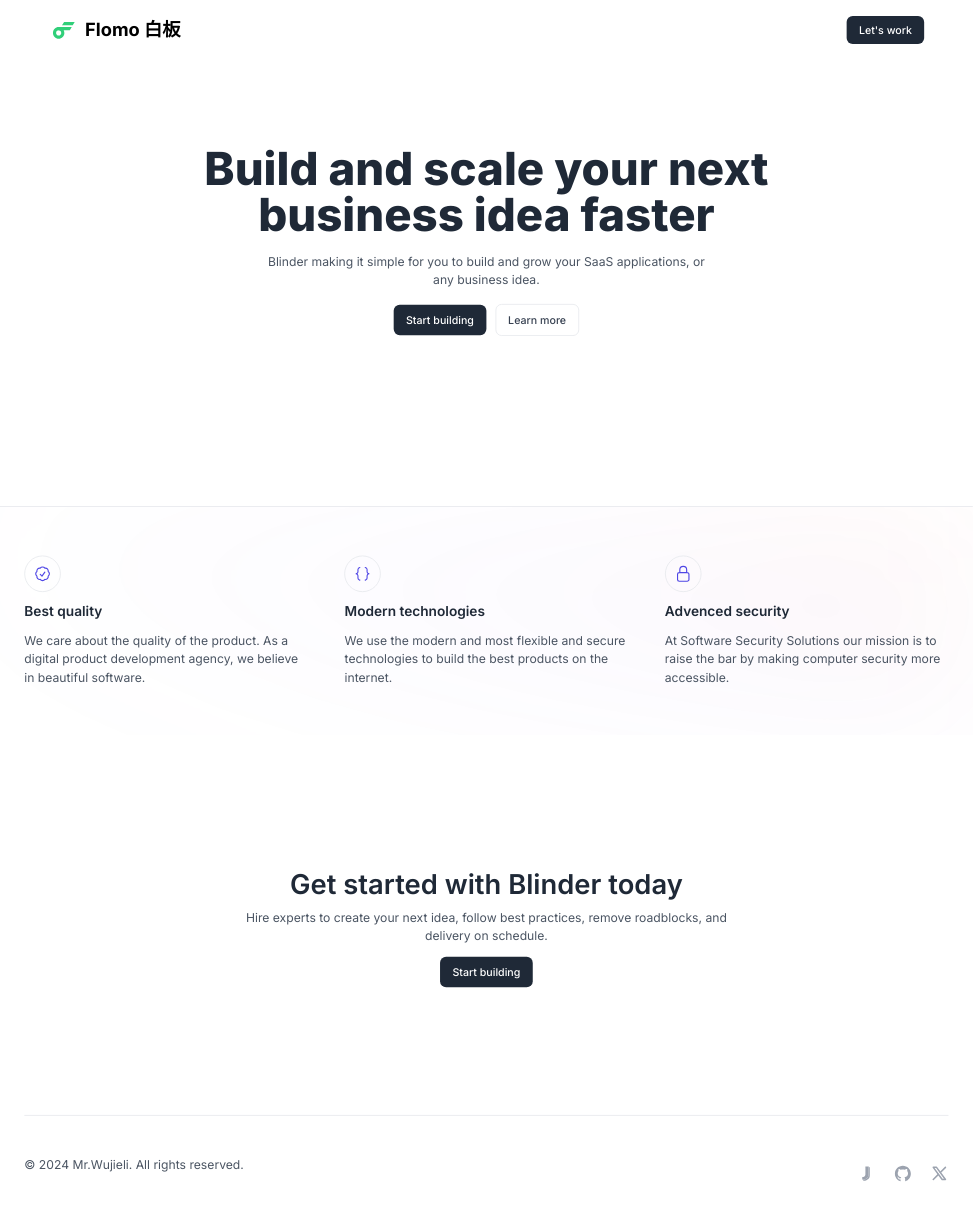
Repository: wujieli0207/flomo-board
Page: /
The author's editor kept a copy of each file at every save. The page is drawn from the files as they stood at one save, then again after the next save.
The browser window is 1280 px wide. The pictures show the whole page, at 76% of full size.
The project was rebuilt for these pictures with package versions that can differ from the ones it lists, and the page was loaded fresh each time. The framework's server and built-in components were replaced by stand-ins that run in the browser. Also part of the build but not shown: next.config.mjs.

Above is the page before, as saved 2024-06-22 20:10:30.

After the next save:
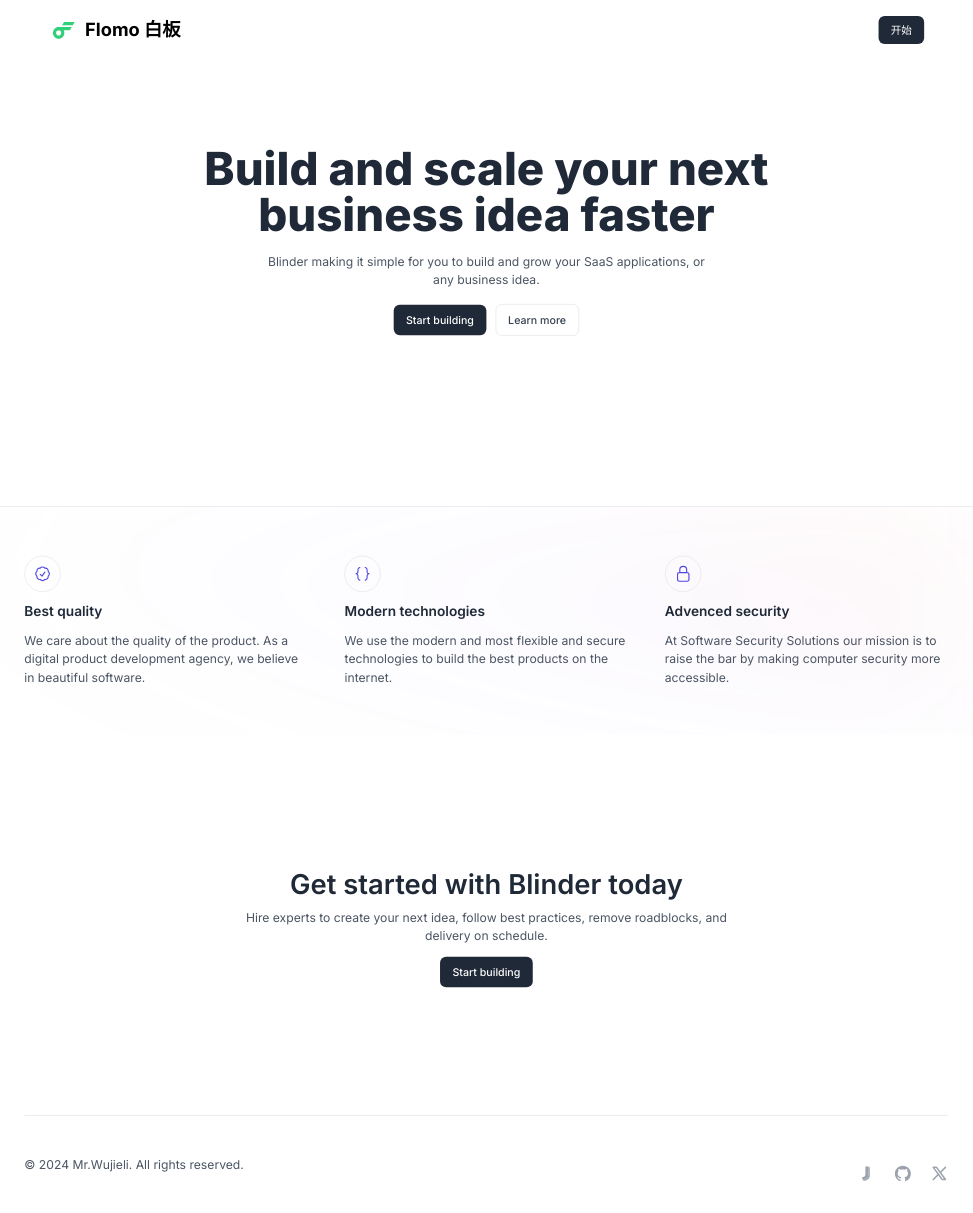
Saved 9 s later.
--- a/components/ui/Navbar/index.tsx
+++ b/components/ui/Navbar/index.tsx
@@ -96,7 +96,7 @@
                 href="/get-started"
                 className="block font-medium text-sm text-white bg-gray-800 hover:bg-gray-600 active:bg-gray-900 md:inline"
               >
-                Let's work
+                开始
               </NavLink>
             </li>
           </ul>
